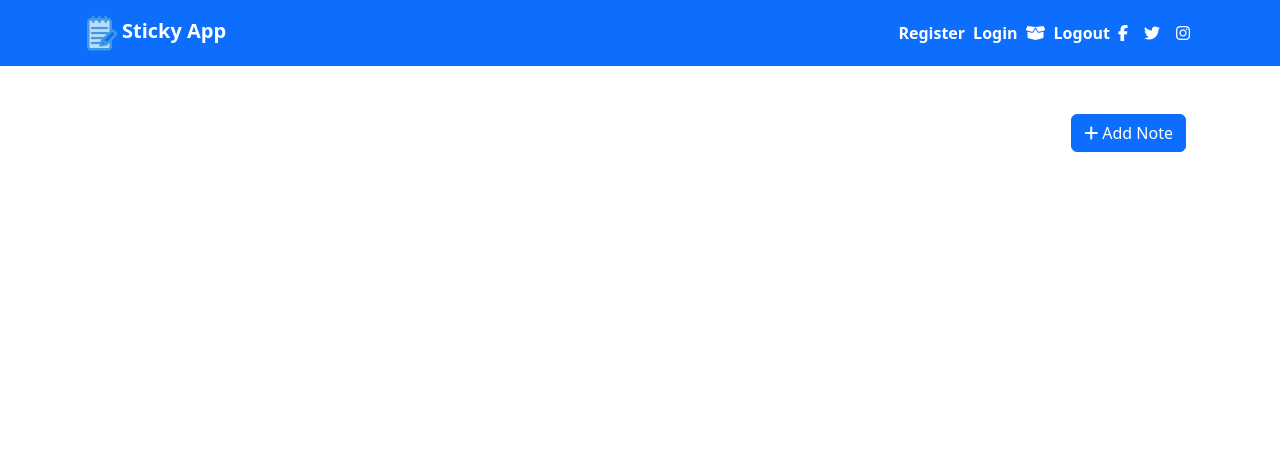
Repository: Mennaaymangalal/Sticky-App
Page: /
An editor plug-in stored every save of this project. The page is shown before and after the next save, followed by the edit.
The browser window is 1280 px wide. The pictures show the whole page.
The page's requests for data from a server got no answer. The project was rebuilt for these pictures with package versions that can differ from the ones it lists, and the page was loaded fresh each time. No one was signed in, and anything a server would have sent is missing. Also part of the build but not shown: vite.config.js, src/Pages/Note/Note.jsx, src/Pages/Login/Login.jsx, src/Pages/NotFound/NotFound.jsx, src/Pages/SignUp/SignUp.jsx.

Above is the page before, as saved 2025-04-04 15:51:28.

After the next save:
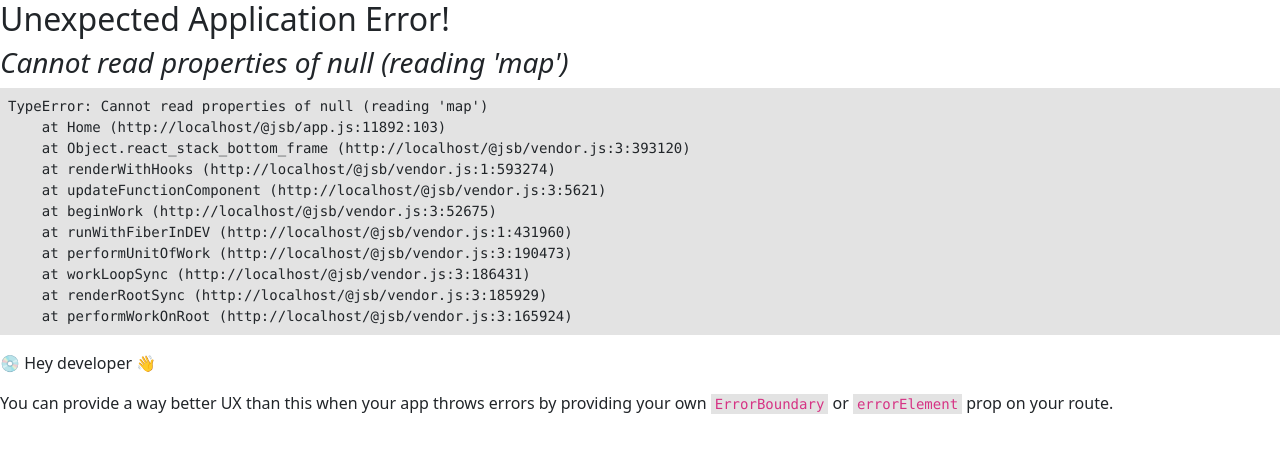
Saved 23 s later.
--- a/src/Pages/Home/Home.jsx
+++ b/src/Pages/Home/Home.jsx
@@ -101,7 +101,7 @@
 
       <div className="row">
       {
-        userNote?.map((notes , index)=>(<Note note={notes} key={index}/>))
+        userNote.map((notes , index)=>(<Note note={notes} key={index}/>))
       }
       </div>
 

After the save that followed:
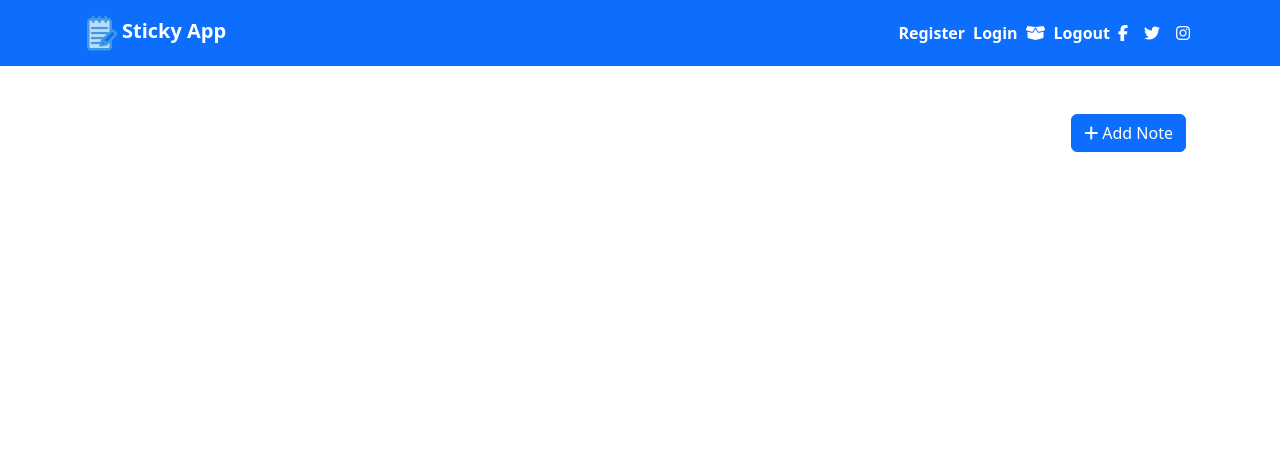
Saved 5 s later.
--- a/src/Pages/Home/Home.jsx
+++ b/src/Pages/Home/Home.jsx
@@ -101,7 +101,7 @@
 
       <div className="row">
       {
-        userNote.map((notes , index)=>(<Note note={notes} key={index}/>))
+        userNote?.map((notes , index)=>(<Note note={notes} key={index}/>))
       }
       </div>
 
